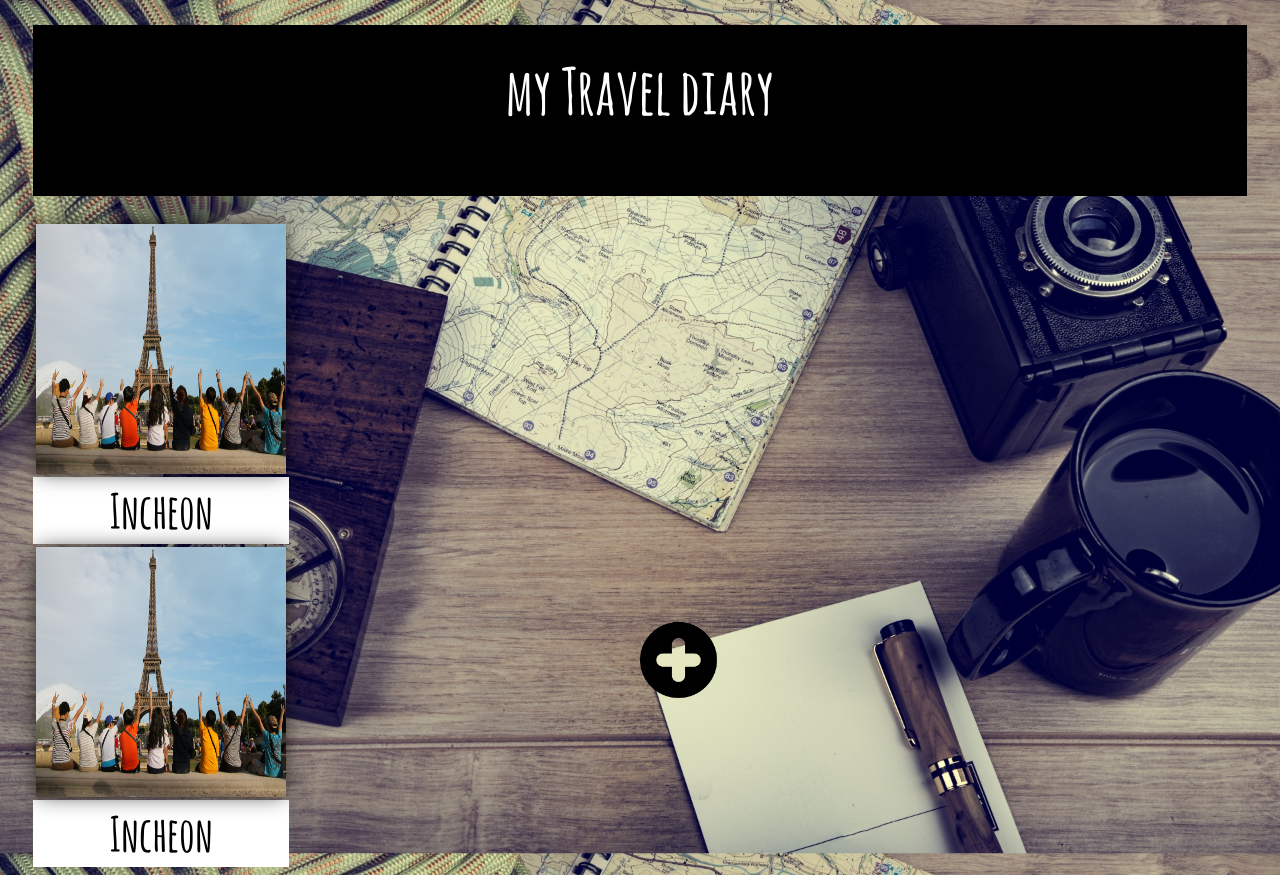
Repository: minkyung0421/jsp_travel_project
Page: http://localhost/Travel_Project/
The author's editor kept a copy of each file at every save. The page is drawn from the files as they stood at one save, then again after the next save.
The browser window is 1280 px wide. The pictures show the whole page.
Pictures or frames that could not be fetched are drawn as grey boxes. The page is served by Tomcat 9.

Above is the page before, as saved 2018-08-21 05:28:41.

After the next save:
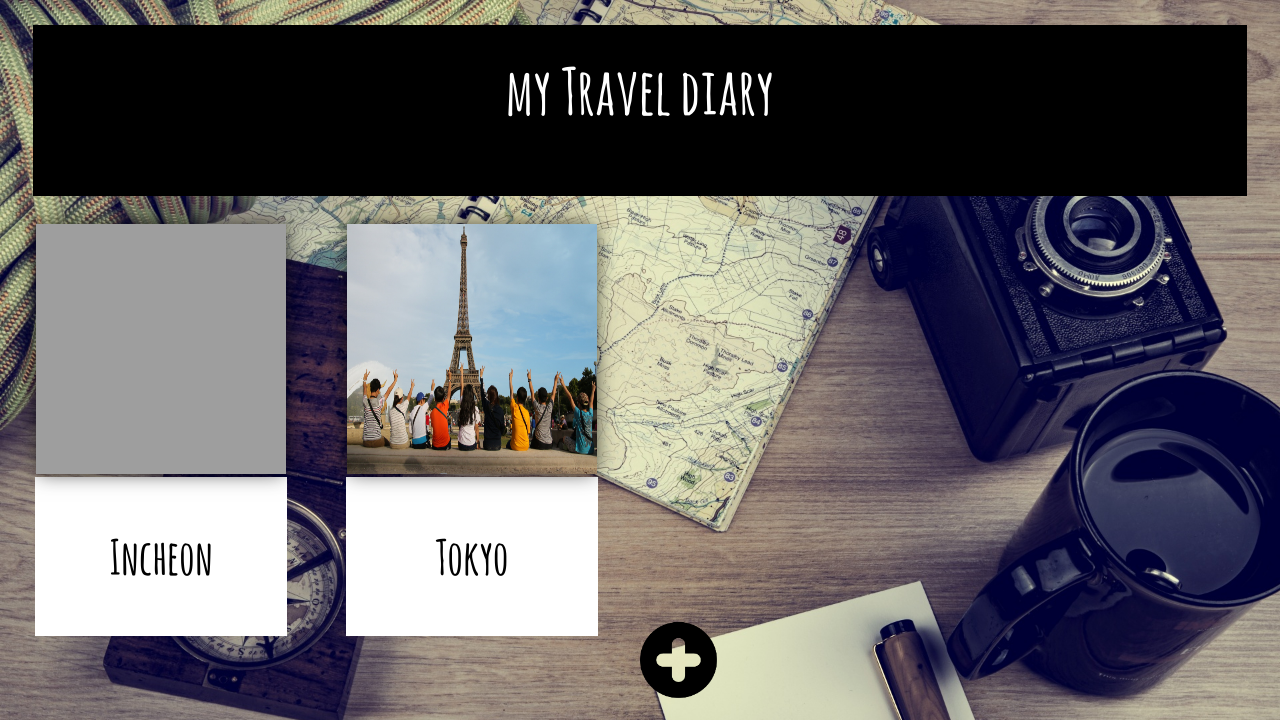
Saved 34 s later.
--- a/jsp_travel_project/Travel_Project/WebContent/index.jsp
+++ b/jsp_travel_project/Travel_Project/WebContent/index.jsp
@@ -46,8 +46,7 @@ table{
 	<img src = "image/add.png" width="15%" height="15%">
 </a>
 
-
-<!-- <table border = "0" style = "margin:2%">
+<table border = "0" style = "margin:2%">
 	<tr>
 		<td><img src = "image/1.jpg" width = "250" height = "250" class = "effect" id = "img1"></td>
 	</tr>
@@ -67,35 +66,7 @@ table{
 			<center><p class = "font">Tokyo</p></center>
 		</td>
 	</tr>
-</table> -->
+</table>
 
-<style>
-#table {display: table; width: 250; margin-left: 2%;}
-.row {display: table-row;}
-.cell {display: table-cell; padding: 3px; }
-.col1 {
-	width: 250;
-	height: 140;
-	font-family: amaticsc-bold;
-	font-size: 3em;
-}
-</style>
-<div id="table">
-<div class="row">
-<span class="cell col1"><img src = "image/2.jpg" width = "250" height = "250" class = "effect" id = "img1"></span>
-</div>
-<div class="row">
-<span class="cell col1" style = "background-color: white;"><center>Incheon</center></span>
-</div>
-</div>
-
-<div id="table">
-<div class="row">
-<span class="cell col1"><img src = "image/2.jpg" width = "250" height = "250" class = "effect" id = "img1"></span>
-</div>
-<div class="row">
-<span class="cell col1" style = "background-color: white;"><center>Incheon</center></span>
-</div>
-</div>
 </body>
 </html>
